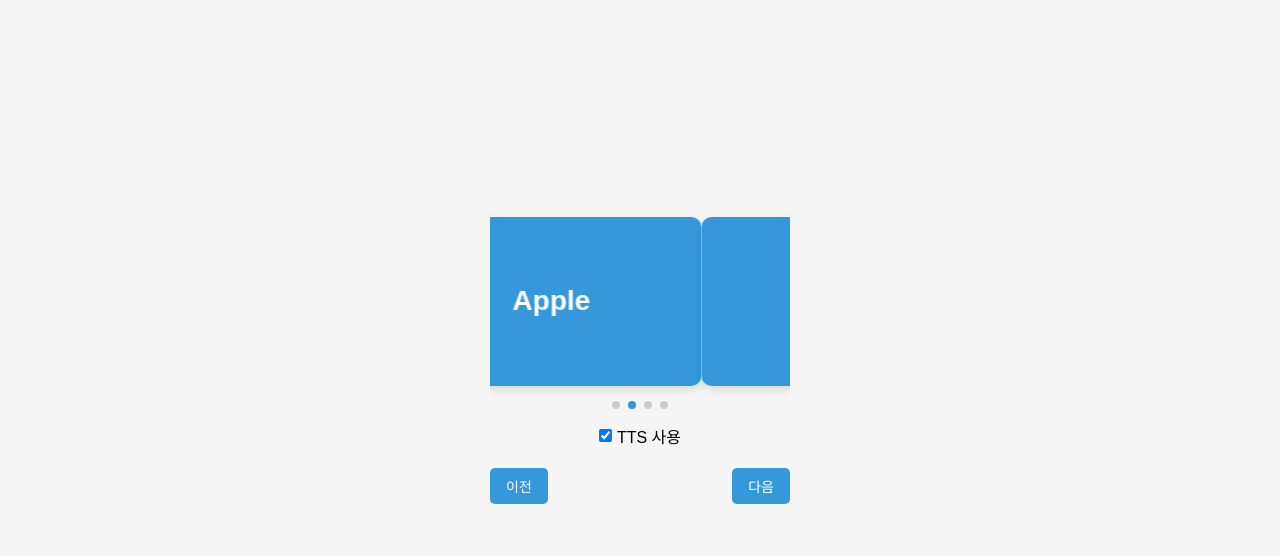
Repository: dandacompany/dandacompany.github.io
Page: index.html
An editor plug-in stored every save of this project. The page is shown before and after the next save, followed by the edit.
The browser window is 1280 px wide. The pictures show the whole page.

Above is the page before, as saved 2025-03-19 17:43:53.

After the next save:
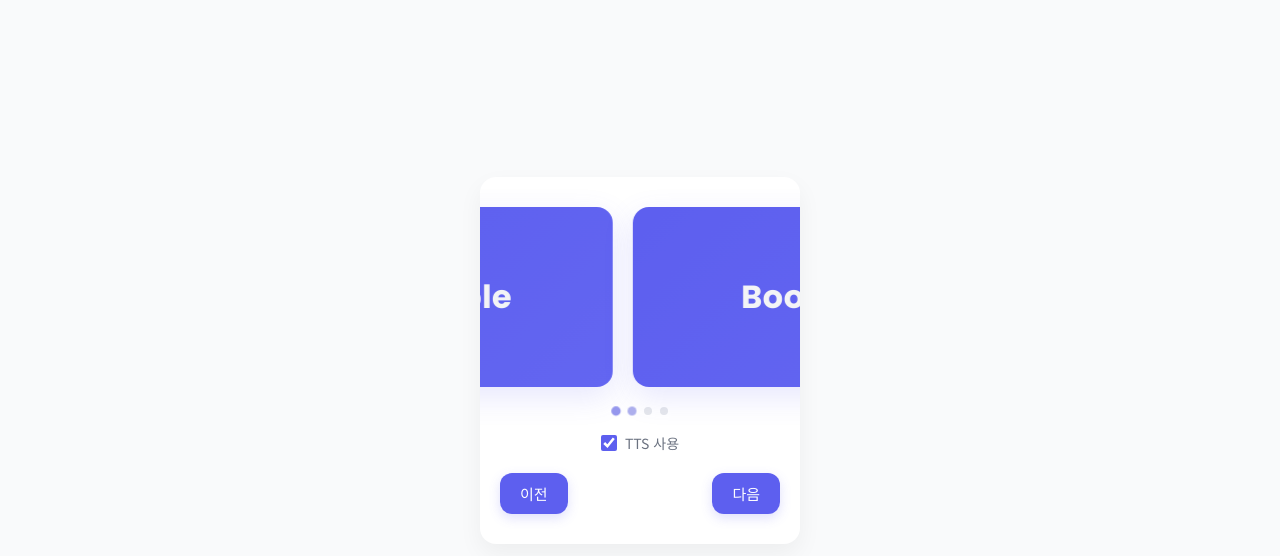
Saved 57 s later.
--- a/index.html
+++ b/index.html
@@ -4,6 +4,9 @@
     <meta charset="UTF-8">
     <meta name="viewport" content="width=device-width, initial-scale=1.0">
     <title>영어 단어 카드 슬라이더</title>
+    <link rel="preconnect" href="https://fonts.googleapis.com">
+    <link rel="preconnect" href="https://fonts.gstatic.com" crossorigin>
+    <link href="https://fonts.googleapis.com/css2?family=Noto+Sans+KR:wght@400;700&family=Poppins:wght@400;600;700&display=swap" rel="stylesheet">
     <style>
         * {
             margin: 0;
@@ -11,33 +14,50 @@
             box-sizing: border-box;
         }
 
+        :root {
+            --primary-color: #5D5FEF;
+            --secondary-color: #6366F1;
+            --success-color: #10B981;
+            --background-color: #F9FAFB;
+            --card-background: #FFFFFF;
+            --text-dark: #1F2937;
+            --text-light: #F3F4F6;
+            --border-radius: 16px;
+            --transition-speed: 0.4s;
+        }
+
         body {
             display: flex;
             justify-content: center;
             align-items: center;
             min-height: 100vh;
-            background-color: #f5f5f5;
-            font-family: 'Arial', sans-serif;
+            background-color: var(--background-color);
+            font-family: 'Noto Sans KR', sans-serif;
+            color: var(--text-dark);
         }
 
         .card-slider-container {
-            width: 300px;
+            width: 320px;
             position: relative;
             overflow: hidden;
-            padding: 20px 0;
+            padding: 30px 0;
+            background-color: var(--card-background);
+            border-radius: var(--border-radius);
+            box-shadow: 0 10px 25px rgba(0, 0, 0, 0.05);
         }
 
         .card-slider {
             display: flex;
-            transition: transform 0.5s ease;
+            transition: transform 0.6s cubic-bezier(0.165, 0.84, 0.44, 1);
         }
 
         .card {
-            width: 300px;
-            height: 169px; /* 16:9 비율 */
+            width: 320px;
+            height: 180px; /* 16:9 비율 */
             perspective: 1000px;
             cursor: pointer;
             flex-shrink: 0;
+            padding: 0 10px;
         }
 
         .card-inner {
@@ -45,10 +65,10 @@
             width: 100%;
             height: 100%;
             text-align: center;
-            transition: transform 0.6s;
+            transition: transform 0.8s cubic-bezier(0.175, 0.885, 0.32, 1.275);
             transform-style: preserve-3d;
-            box-shadow: 0 4px 8px rgba(0, 0, 0, 0.1);
-            border-radius: 10px;
+            box-shadow: 0 10px 30px rgba(93, 95, 239, 0.15);
+            border-radius: var(--border-radius);
         }
 
         .card.flipped .card-inner {
@@ -63,48 +83,61 @@
             display: flex;
             justify-content: center;
             align-items: center;
-            border-radius: 10px;
-            padding: 15px;
+            border-radius: var(--border-radius);
+            padding: 20px;
         }
 
         .card-front {
-            background-color: #3498db;
-            color: white;
+            background: linear-gradient(135deg, var(--primary-color), var(--secondary-color));
+            color: var(--text-light);
+            font-size: 32px;
+            font-weight: 700;
+            font-family: 'Poppins', sans-serif;
+            letter-spacing: 0.5px;
+        }
+
+        .card-back {
+            background: linear-gradient(135deg, var(--success-color), #34D399);
+            color: var(--text-light);
+            transform: rotateY(180deg);
             font-size: 28px;
-            font-weight: bold;
-        }
-
-        .card-back {
-            background-color: #2ecc71;
-            color: white;
-            transform: rotateY(180deg);
-            font-size: 24px;
+            font-weight: 600;
         }
 
         .controls {
             display: flex;
             justify-content: space-between;
-            margin-top: 20px;
+            margin: 20px 20px 0;
         }
 
         button {
-            padding: 8px 16px;
-            background-color: #3498db;
+            padding: 10px 20px;
+            background-color: var(--primary-color);
             color: white;
             border: none;
-            border-radius: 5px;
+            border-radius: 12px;
             cursor: pointer;
-            font-size: 14px;
+            font-size: 15px;
+            font-weight: 500;
+            font-family: 'Noto Sans KR', sans-serif;
+            transition: all var(--transition-speed) ease;
+            box-shadow: 0 4px 12px rgba(93, 95, 239, 0.2);
         }
 
         button:hover {
-            background-color: #2980b9;
+            background-color: #4a4cdc;
+            transform: translateY(-2px);
+            box-shadow: 0 6px 16px rgba(93, 95, 239, 0.25);
+        }
+
+        button:active {
+            transform: translateY(0);
         }
 
         .card-indicator {
             display: flex;
             justify-content: center;
-            margin-top: 15px;
+            margin-top: 20px;
             gap: 8px;
         }
 
@@ -112,36 +145,47 @@
             width: 8px;
             height: 8px;
             border-radius: 50%;
-            background-color: #ccc;
+            background-color: #E5E7EB;
             cursor: pointer;
+            transition: all var(--transition-speed) ease;
         }
 
         .indicator-dot.active {
-            background-color: #3498db;
+            background-color: var(--primary-color);
+            transform: scale(1.3);
         }
 
         .tts-controls {
             display: flex;
             justify-content: center;
-            margin-top: 15px;
+            margin-top: 18px;
             gap: 10px;
         }
 
         .tts-toggle {
             display: flex;
             align-items: center;
-            gap: 5px;
+            gap: 8px;
+            user-select: none;
         }
 
         .tts-toggle input {
             margin: 0;
+            accent-color: var(--primary-color);
+            width: 16px;
+            height: 16px;
+        }
+
+        .tts-toggle label {
+            font-size: 14px;
+            color: #6B7280;
         }
 
         .info-text {
             text-align: center;
             margin-top: 15px;
             font-size: 12px;
-            color: #666;
+            color: #9CA3AF;
         }
     </style>
 </head>
@@ -304,7 +348,7 @@
 
         // 슬라이더 관련 변수
         let position = 0;
-        const cardWidth = 300; // 카드 너비
+        const cardWidth = 320; // 카드 너비
 
         // 현재 단어 읽기
         function speakCurrentWord() {
